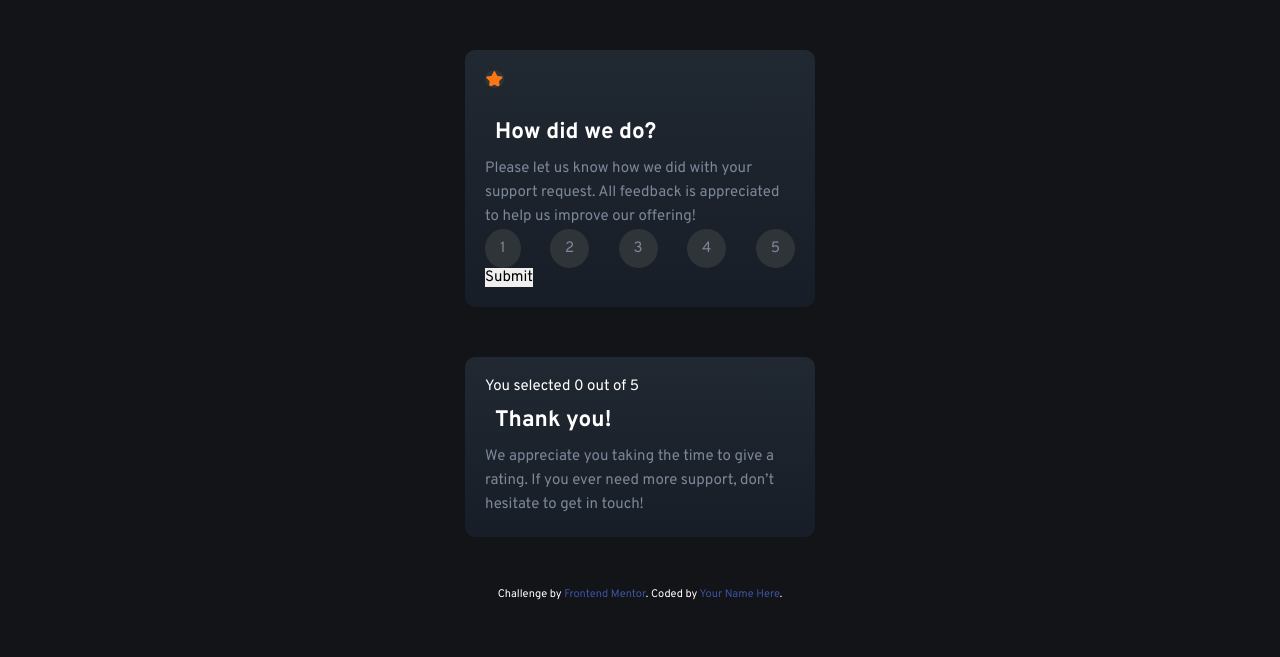
Repository: huynhnhutanhduy/interactive-rating-component
Page: index.html
These files come from the project's save history. The page is drawn as it stood at one moment and after the next save; the edit follows.
The browser window is 1280 px wide. The pictures show the whole page.

Above is the page before, as saved 2022-10-19 10:22:54.

### index.html
<!DOCTYPE html>
<html lang="en">
  <head>
    <meta charset="UTF-8" />
    <meta name="viewport" content="width=device-width, initial-scale=1.0" />
    <!-- displays site properly based on user's device -->
    <link rel="icon" type="image/png" sizes="32x32" href="./images/favicon-32x32.png" />
    <title>Frontend Mentor | Interactive rating component</title>
    <link rel="preconnect" href="https://fonts.googleapis.com" />
    <link rel="preconnect" href="https://fonts.gstatic.com" crossorigin />
    <link
      href="https://fonts.googleapis.com/css2?family=Overpass:wght@400;700&display=swap"
      rel="stylesheet"
    />
    <link rel="stylesheet" href="./app.css" />
  </head>
  <body>
    <main>
      <!-- Rating state start -->
      <article class="rating-container">
        <img src="./images/icon-star.svg" alt="icon-star" class="rating-star" />
        <h2 class="rating-title">How did we do?</h2>
        <p class="rating-desc">
          Please let us know how we did with your support request. All feedback is appreciated
          to help us improve our offering!
        </p>
        <ul class="rating-list">
          <li><a href="#" class="rating-item">1</a></li>
          <li><a href="#" class="rating-item">2</a></li>
          <li><a href="#" class="rating-item">3</a></li>
          <li><a href="#" class="rating-item">4</a></li>
          <li><a href="#" class="rating-item">5</a></li>
        </ul>
        <button type="submit" class="rating-btn">Submit</button>
      </article>
      <!-- Rating state end -->

      <!-- Thank you state start -->
      <article class="rating-container">
        <p class="rating-result">You selected <span>0</span> out of 5</p>
        <!-- Add rating here -->
        <h2 class="rating-title">Thank you!</h2>
        <p class="rating-desc">
          We appreciate you taking the time to give a rating. If you ever need more support,
          don’t hesitate to get in touch!
        </p>
        <!-- Thank you state end -->
      </article>
    </main>

    <footer class="attribution">
      Challenge by
      <a href="https://www.frontendmentor.io?ref=challenge" target="_blank">Frontend Mentor</a
      >. Coded by <a href="#">Your Name Here</a>.
    </footer>

    <script src="./app.js"></script>
  </body>
</html>

### app.css
:root {
  --primary: hsl(25, 97%, 53%);
  --white: hsl(0, 0%, 100%);
  --light-grey: hsl(217, 12%, 63%);
  --medium-grey: hsl(216, 12%, 54%);
  --dark-blue: hsl(213, 19%, 18%);
  --very-dark-blue: hsl(216, 12%, 8%);
}
* {
  margin: 0;
  padding: 0;
  border: 0;
}
*,
*::before,
*::after,
html {
  box-sizing: border-box;
}
html {
  font-size: 62.5%;
}
body {
  font-size: 1.5rem;
  font-family: "Overpass", sans-serif;
  font-weight: normal;
  background-color: var(--very-dark-blue);
  color: var(--white);
}
a {
  text-decoration: none;
}
img {
  display: block;
  max-width: 100%;
}
button {
  outline: none;
  font-size: 1.5rem;
  font-family: "Overpass", sans-serif;
  font-weight: 400;
  cursor: pointer;
}

.attribution {
  font-size: 11px;
  text-align: center;
}
.attribution a {
  color: hsl(228, 45%, 44%);
}

.rating-container {
  max-width: 35rem;
  background-image: linear-gradient(to top, hsl(214, 26%, 12%), hsl(212, 20%, 16%));
  color: var(--white);
  padding: 2rem;
  border-radius: 1rem;
  margin: 5rem auto;
}
.rating-star {
  background-color: hsl(205, 10%, 20%);
  margin-bottom: 3rem;
  border-radius: 50%;
  border: 1px solid transparent;
}
.rating-title {
  margin: 1rem;
}
.rating-desc,
.rating-item {
  color: var(--medium-grey);
}
.rating-desc {
  line-height: 1.6;
}
.rating-list {
  display: flex;
  justify-content: space-between;
}
.rating-list li {
  list-style: none;
  border-radius: 50%;
  padding: 1rem 1.5rem;
  background-color: hsl(205, 10%, 20%);
}
.rating-item {
  width: 100%;
  height: 100%;
}

Loaded but not shown: app.js (no stored copy; drawn as an empty file)

After the next save:
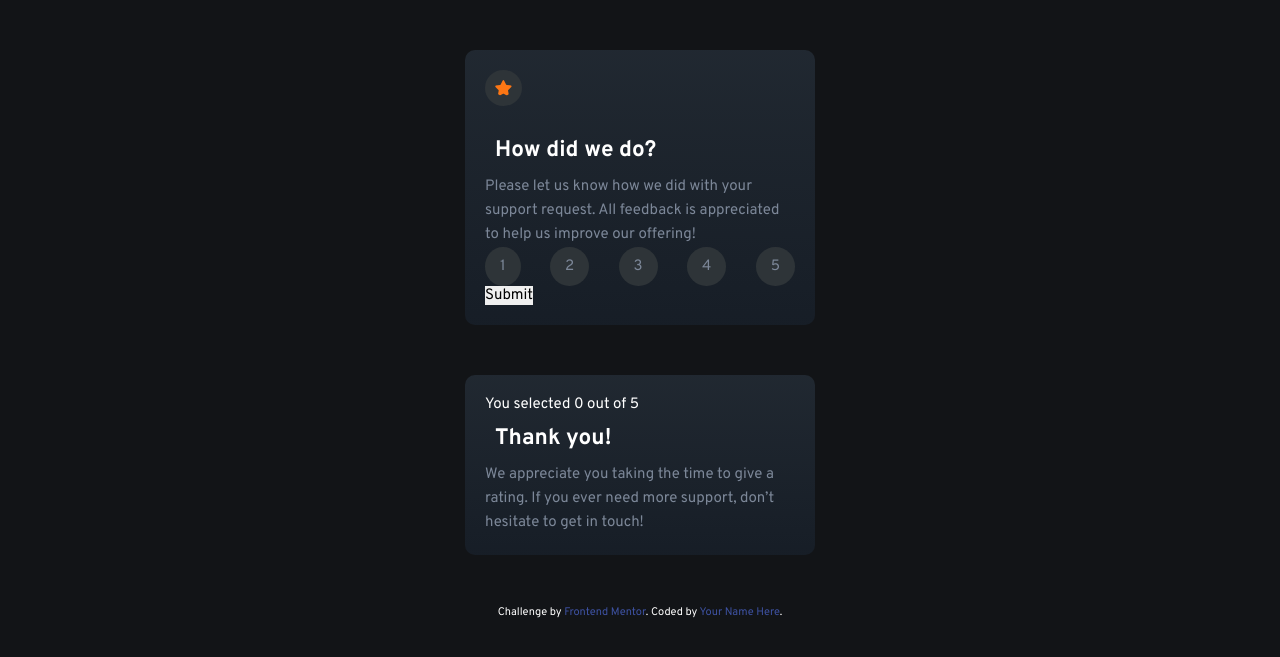
Saved 14 s later.
--- a/app.css
+++ b/app.css
@@ -62,7 +62,7 @@ button {
   background-color: hsl(205, 10%, 20%);
   margin-bottom: 3rem;
   border-radius: 50%;
-  border: 1px solid transparent;
+  padding: 1rem;
 }
 .rating-title {
   margin: 1rem;
